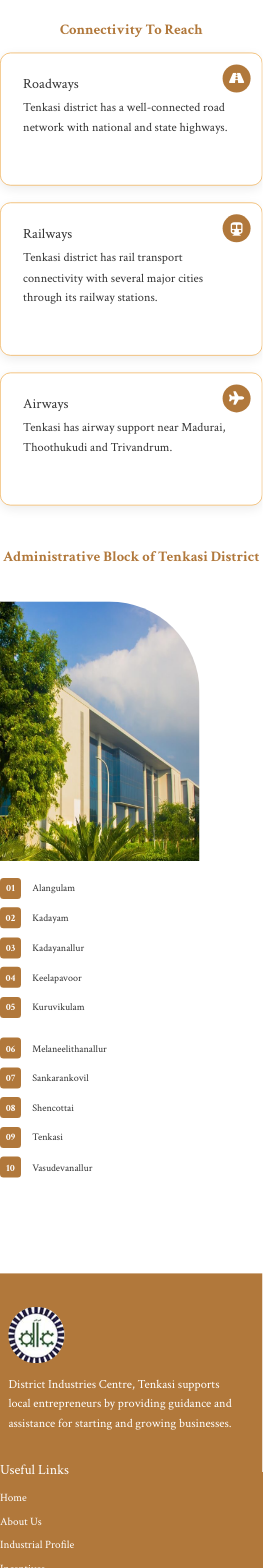
Repository: Brand-Mindz-Global-Technology-Pvt-Ltd/TenkasiDIC--FrontEnd
Page: About US/aboutus.html
The author's editor kept a copy of each file at every save. The page is drawn from the files as they stood at one save, then again after the next save.
The browser window is 375 px wide. The pictures show the part of the page from y = 2253 to 4493 px (the page is 5166 px tall before and 5182 px after), at 70% of full size.

Above is the page before, as saved 2025-07-09 11:33:53.

### About US/aboutus.html
<!DOCTYPE html>
<html lang="en">
<head>
  <meta charset="UTF-8">
  <title>Tenkasi District</title>
  <link rel="shortcut icon" type="image/x-icon" href="../img/favicon.ico">
  <meta name="viewport" content="width=device-width, initial-scale=1">
  <link href="https://cdn.jsdelivr.net/npm/bootstrap@5.3.2/dist/css/bootstrap.min.css" rel="stylesheet">
  <!-- Added Crimson Text font as requested -->
  <link href="https://fonts.googleapis.com/css2?family=Crimson+Text:wght@400;600;700&display=swap" rel="stylesheet">
  <link rel="stylesheet" href="https://cdnjs.cloudflare.com/ajax/libs/font-awesome/5.15.4/css/all.min.css">
  <link rel="stylesheet" href="./aboutus.css">
  <link rel="stylesheet" href="../global-styles.css">
  <link rel="icon" type="image/x-icon" href="../img/dic.ico">

</head>
<body>

    <!-- Banner Image Section with overlay navbar -->
  <div class="position-relative">
    <div class="container position-absolute top-0 start-50 translate-middle-x" style="z-index: 1030; padding-top: 15px; margin-top:16px;">
      <nav class="navbar navbar-expand-lg shadow" id="mainNav">
        <a class="navbar-brand" href="../LandingPage/LandingPage.html">
            <img src="../img/diclogo.jpg" alt="Logo" />
        </a>
        <button class="navbar-toggler" type="button" data-bs-toggle="collapse" data-bs-target="#navbarNav" aria-controls="navbarNav" aria-expanded="false" aria-label="Toggle navigation">
          <span class="navbar-toggler-icon">
            <span class="middle-bar"></span>
          </span>
        </button>
        <div class="collapse navbar-collapse justify-content-center" id="navbarNav">
          <ul class="navbar-nav">
            <li class="nav-item"><a class="nav-link" href="../LandingPage/LandingPage.html">Home</a></li>
            <li class="nav-item"><a class="nav-link active" href="../About US/aboutus.html">About Us</a></li>
            <li class="nav-item"><a class="nav-link" href="../Industrial Profile/Industrial.html">Industrial Profile</a></li>
            <li class="nav-item"><a class="nav-link" href="../Incentive Page/Incentives.html">Incentives</a></li>
            <li class="nav-item"><a class="nav-link " href="../Schemes/Schemes.html">Schemes</a></li>
            <li class="nav-item"><a class="nav-link" href="../Contact Page/Contactus.html">Contact Us</a></li>
          </ul>
        </div>
      </nav>
    </div>

    <div class="banner-container position-relative">
      <img src="../img/INCENTIVE.png" alt="Schemes Banner" class="banner-image banner-blur">
      <!-- Black overlay -->
      <div class="banner-black-overlay"></div>
      <a href="https://msmeonline.tn.gov.in" class="incentives-link" target="_blank" rel="noopener noreferrer">
        For all Loans and Incentives: msmeonline.tn.gov.in
      </a>
      <div class="aboutus-banner-overlay d-flex flex-column align-items-center justify-content-end">
        <h1 class="aboutus-banner-title mb-2">About us</h1>
        <nav class="aboutus-breadcrumb" aria-label="breadcrumb">
          <ol class="breadcrumb mb-0 p-0 bg-transparent">
            <li class="breadcrumb-item">
              <a href="../LandingPage/LandingPage.html" class="aboutus-breadcrumb-link">Home</a>
            </li>
            <li class="breadcrumb-item active" aria-current="page">About us</li>
          </ol>
        </nav>
      </div>
    </div>
  </div>
  <div class="container-standard section">
  <!-- District Overview -->
  <div class="row align-items-center mb-standard-xl">
    <div class="col-md-5 text-center mb-4">
      <img src="../img/tenkasimap.png" alt="Tenkasi Map" class="map-img">
    </div>
    <div class="col-md-7">
      <div class="glance-title">District at a Glance</div>
      <div class="about-title">About District</div>
      <p>
        The new Tenkasi district was bifurcated from Tirunelveli in 2019. Tenkasi District is located in the south western region of Tamilnadu. It is surrounded by Tirunelveli district in the south east and Virudhunagar in the North. The total geographical area of the district is 2882.44sq.kms. It comprises of 8 Talukas 5 Municipalities, 18 Town panchayaths, 246 revenue villages, 221 village panchayaths.
              </p>
      <p>
        The Chittar river flows through the district.  The famous Coutrallam Falls is on Chittar River. The waterfalls of Courtallam are said to have medicinal value as they run through forest and herbs before their descent. Courtallam is called as "Spa of South India". Tamil poet ThirikoodaRasappaKavirayar sang about the beauty of this place in his "KutraalaKuravanji".
      </p>
<p>
  The Kutralanathaswamy temple is the location of ChitraSabha, one of the five abodes or Sabhas of Nataraja, a form of Lord Shiva. The temple has inscriptions dating back to the thirteenth century CE. Records show that VeeraPandyan, ParakramaPandyan and the Nayaks ruled the region.

</p>

      <div class="row text-center mt-4">
        <div class="stats-container p-4" style="background: white; border-radius: 15px;     box-shadow: 0 0 25px 5px rgba(0, 0, 0, 0.25);
">
          <div class="row">
            <div class="col-6 col-md-3 mb-3 mb-md-0">
              <div class="stats-item" style="padding: 15px; border-right: 1px solid #eee;">
                <div class="count" data-target="2882.43" style="font-size: 2rem; font-weight: 700; color: #b1783b;">0</div>
                <div class="count-label" style="color: #666;">Area Sq.km</div>
              </div>
            </div>
            <div class="col-6 col-md-3 mb-3 mb-md-0">
              <div class="stats-item" style="padding: 15px; border-right: 1px solid #eee;">
                <div class="count" data-target="1440795" style="font-size: 2rem; font-weight: 700; color: #b1783b;">0</div>
                <div class="count-label" style="color: #666;">Populations</div>
              </div>
            </div>
            <div class="col-6 col-md-3">
              <div class="stats-item" style="padding: 15px; border-right: 1px solid #eee;">
                <div class="count" data-target="714215" style="font-size: 2rem; font-weight: 700; color: #b1783b;">0</div>
                <div class="count-label" style="color: #666;">Male</div>
              </div>
            </div>
            <div class="col-6 col-md-3">
              <div class="stats-item" style="padding: 15px;">
                <div class="count" data-target="726580" style="font-size: 2rem; font-weight: 700; color: #b1783b;">0</div>
                <div class="count-label" style="color: #666;">Female</div>
              </div>
            </div>
          </div>
        </div>
      </div>
    </div>
  </div>

  <div class="text-center section">

    <div class="section-title">FORMATION OF DISTRICT INDUSTRIES CENTRE, TENKASI</div>
    <p>
      Tenkasi district was formed on 21.12.2019 vide G.O.(ms).No.476 dated 21.12.2019 of Revenue and Disaster Management Development, Revenue Administration wing [RAI(1)] section by bifurcating from Tirunelveli District. Tenkasi is it's headquartering which is the largest Municipality in the area of Tenkasi District.

    </p>
    <p>

      District Industries Centre, Tenkasi was formed vide G.O.Ms.No.7 MSME (F) Dept dated 29.01.2021 and has been functioning from 26.02.2021
    </p>
  </div>

  <!-- Connectivity -->
  <div class="section">
    <div class="section-title">Connectivity To Reach</div>
    <div class="row justify-content-between align-items-center">
    <div class="col-md-1 text-center d-none d-md-block">
      <img src="../img/left.jpg" alt="Plug Left" class="plug-img">
    </div>
    <div class="col-12 col-md-10">
      <div class="row">
        <div class="col-md-4 mb-4">
          <div class="connect-card">
            <div class="connect-icon"><i class="fas fa-road"></i></div>
            <h5>Roadways</h5>
            <p>Tenkasi district has a well-connected road network with national and state highways.</p>
          </div>
        </div>
        <div class="col-md-4 mb-4">
          <div class="connect-card">
            <div class="connect-icon"><i class="fas fa-subway"></i></div>
            <h5>Railways</h5>
            <p>Tenkasi district has rail transport connectivity with several major cities through its railway stations.</p>
          </div>
        </div>
        <div class="col-md-4 mb-4">
          <div class="connect-card">
            <div class="connect-icon"><i class="fas fa-plane"></i></div>
            <h5>Airways</h5>
            <p>Tenkasi has airway support near Madurai, Thoothukudi and Trivandrum.</p>
          </div>
        </div>
      </div>
    </div>
    <div class="col-md-1 text-center d-none d-md-block">
      <img src="../img/right.jpg" alt="Plug Right" class="plug-img">
    </div>
  </div>

  <!-- Administrative Blocks - Updated to match Image 1 layout -->
  <div class="section">
    <div class="section-title">Administrative Block of Tenkasi District</div>
    <div class="admin-blocks">
    <div class="row align-items-center">
      <div class="col-lg-6 mb-4 mb-lg-0">
        <img src="../img/Admin.png" class="admin-image" alt="Admin Building">
      </div>
      <div class="col-lg-6">
        <div class="row">
          <div class="col-12 col-md-6 mb-3 mb-md-0">
            <ul class="admin-list" style="font-size: 1.2rem; padding-left: 0;">
              <li style="margin-bottom: 0.75rem;"><span class="admin-number">01</span> Alangulam</li>
              <li style="margin-bottom: 0.75rem;"><span class="admin-number">02</span> Kadayam</li>
              <li style="margin-bottom: 0.75rem;"><span class="admin-number">03</span> Kadayanallur</li>
              <li style="margin-bottom: 0.75rem;"><span class="admin-number">04</span> Keelapavoor</li>
              <li style="margin-bottom: 0.75rem;"><span class="admin-number">05</span> Kuruvikulam</li>
            </ul>
          </div>
          <div class="col-12 col-md-6">
            <ul class="admin-list" style="font-size: 1.2rem; padding-left: 0;">
              <li style="margin-bottom: 0.75rem;"><span class="admin-number">06</span> Melaneelithanallur</li>
              <li style="margin-bottom: 0.75rem;"><span class="admin-number">07</span> Sankarankovil</li>
              <li style="margin-bottom: 0.75rem;"><span class="admin-number">08</span> Shencottai</li>
              <li style="margin-bottom: 0.75rem;"><span class="admin-number">09</span> Tenkasi</li>
              <li style="margin-bottom: 0.75rem;"><span class="admin-number">10</span> Vasudevanallur</li>
            </ul>
          </div>
        </div>
        <style>
          @media (max-width: 767.98px) {
            .admin-list {
              margin-bottom: 0;
            }
            .admin-list li {
              margin-bottom: 0.78rem !important;
              padding-left: 0 !important;
            }
          }
        </style>
      </div>
    </div>
  </div>
</div>
<footer class="py-5">
  <div class="container" >
      <div class="row">
          <div class="col-md-4 mb-4 mb-md-0">
              <div class="d-flex align-items-center mb-3">
                  <img src="../img/diclogo.jpg" alt="DIC Logo" style="width: 80px; height: 80px;" class="me-3">
              </div>
              <p class="text-white" style="margin-right: 16px;">
                  District Industries Centre, Tenkasi supports local entrepreneurs by providing guidance and assistance for starting and growing businesses.
              </p>
          </div>
          <div class="col-md-4 mb-4 mb-md-0 d-flex flex-column align-items-start" style="padding-left: 0;">
              <h5 class="text-white mb-3" style="margin-right: 10px;">Useful Links</h5>
              <ul class="list-unstyled" style="margin-left: 0; padding-left: 0;">
                  <li class="mb-2" style="margin-left: 0;"><a href="../LandingPage/LandingPage.html" class="text-white text-decoration-none">Home</a></li>
                  <li class="mb-2" style="margin-left: 0;"><a href="../About US/aboutus.html" class="text-white text-decoration-none">About Us</a></li>
                  <li class="mb-2" style="margin-left: 0;"><a href="../Industrial Profile/Industrial.html" class="text-white text-decoration-none">Industrial Profile</a></li>
                  <li class="mb-2" style="margin-left: 0;"><a href="../Incentive Page/Incentives.html" class="text-white text-decoration-none">Incentives</a></li>
                  <li class="mb-2" style="margin-left: 0;"><a href="../Schemes/Schemes.html" class="text-white text-decoration-none">Schemes</a></li>
                  <li class="mb-2" style="margin-left: 0;"><a href="../Contact Page/Contactus.html" class="text-white text-decoration-none">Contact Us</a></li>
              </ul>
          </div>
          <div class="col-md-4 mb-4 mb-md-0">
      <h5 class="text-white mb-3">Address</h5>
      <ul class="list-unstyled">
        <li class="mb-3 text-white d-flex align-items-start">
          <i class="fas fa-map-marker-alt text-white me-2 mt-1"></i>
          <div>
            <span>Tmt.P.MARIAMMAL , General Manager</span><br>
            <span>District Industries Centre</span><br>
            <span>5/5(2),5(3), Thirumalai Kovil Road</span><br>
            <span>Kuthukkakvalasai, Tenkasi-627803</span>
          </div>
        </li>
        <li class="mb-3 text-white d-flex align-items-center">
          <i class="fas fa-phone text-white me-2"></i>
          <a href="tel:04633-212347" class="text-white text-decoration-none">04633-212347</a>
        </li>
        <li class="mb-3 text-white d-flex align-items-start">
          <i class="fas fa-clock text-white me-2 mt-1"></i>
          <div>
            <span>Working Hours:</span><br>
            <span>Monday - Friday: 10.00 AM to 5.45 PM</span>
          </div>
        </li>
      </ul>
  </div>
      <div class="row mt-5">
          <div class="col-12 text-center">
              <hr style="border: none; border-top: 2px solid #ccc; margin-bottom:30px;">
              <p style="text-align: center; font-size: 14px; color: #555;">
              <p class="text-white mb-0" style="font-size: 14px;">Copyright © 2025 Tenkasi DIC , Powered by <a href="https://www.brandmindz.com/" target="_blank" style="color: white; text-decoration: none; transition: color 0.3s ease;" onmouseover="this.style.color='#af6f24'" onmouseout="this.style.color='white'">Brand Mindz</a>. All rights reserved.</p>
          </div>
      </div>
  </div>
</footer>
<script>
  const counters = document.querySelectorAll('.count');
  counters.forEach(counter => {
    const updateCount = () => {
      const target = +counter.getAttribute('data-target');
      const isDecimal = counter.getAttribute('data-target').includes(".");
      const count = +counter.innerText;
      const speed =300;
      const increment = target / speed;

      if (count < target) {
        counter.innerText = isDecimal
          ? (count + increment).toFixed(2)
          : Math.ceil(count + increment);
        setTimeout(updateCount, 20);
      } else {
        counter.innerText = isDecimal ? target.toFixed(2) : target.toLocaleString();
      }
    };
    updateCount();
  });
</script>
<script src="https://cdn.jsdelivr.net/npm/bootstrap@5.3.3/dist/js/bootstrap.bundle.min.js"></script>
  <script>
    document.addEventListener('DOMContentLoaded', function() {
      // Fixed navbar on scroll
      window.addEventListener('scroll', function() {
        const navbar = document.getElementById('mainNav');
        const body = document.body;
        const navbarContainer = navbar.parentElement;

        if (window.scrollY > 100) {
          // When scrolled, make navbar fixed at top
          navbar.classList.add('fixed-top');
          navbar.classList.remove('position-relative');
          body.classList.add('scrolled');

          // Remove the container's positioning to allow navbar to be full width
          navbarContainer.classList.remove('position-absolute', 'top-0', 'start-50', 'translate-middle-x');
          navbarContainer.style.width = '100%';
          navbarContainer.style.maxWidth = '100%';
          navbarContainer.style.padding = '0';
        } else {
          // Reset to original state when at top
          navbar.classList.remove('fixed-top');
          navbar.classList.add('position-relative');
          body.classList.remove('scrolled');

          // Restore the container's positioning
          navbarContainer.classList.add('position-absolute', 'top-0', 'start-50', 'translate-middle-x');
          navbarContainer.style.width = '';
          navbarContainer.style.maxWidth = '';
          navbarContainer.style.padding = '';
        }
      });

      // Get all navigation links
      const navLinks = document.querySelectorAll('.nav-link');

      // Get the collapse element
      const navbarCollapse = document.getElementById('navbarNav');
      const bsCollapse = new bootstrap.Collapse(navbarCollapse, {toggle: false});

      // Add click event listener to each navigation link
      navLinks.forEach(function(navLink) {
        navLink.addEventListener('click', function() {
          // Close the navbar when a link is clicked
          if (navbarCollapse.classList.contains('show')) {
            bsCollapse.hide();
          }
        });
      });

      // Close navbar when clicking outside
      document.addEventListener('click', function(event) {
        // Check if the navbar is expanded and the click is outside the navbar
        const isNavbarExpanded = navbarCollapse.classList.contains('show');
        const isClickInsideNavbar = navbarCollapse.contains(event.target);
        const isClickOnToggler = event.target.classList.contains('navbar-toggler') ||
                                event.target.classList.contains('navbar-toggler-icon');

        if (isNavbarExpanded && !isClickInsideNavbar && !isClickOnToggler) {
          bsCollapse.hide();
        }
      });
    });
  </script>
</body>
</html>

### About US/aboutus.css
.navbar-nav .nav-link:hover,
   .navbar-nav .nav-link.active {
       color: #af6f24 !important;
   }
/* Import global styles */
@import url('../global-styles.css');

body {
 background: #fff;
}

p {
 font-size: 1.1rem;
 line-height: 1.6;
 margin-bottom: var(--spacing-sm);
}
.map-img {
 width: 100%;
 max-width: 400px;
 height: auto;
}
.about-title {
 color: var(--secondary-color);
 font-size: 1.5rem;
 font-weight: 700;
 margin-bottom: var(--spacing-sm);
}

.glance-title {
 font-size: 1.2rem;
 font-weight: 600;
 margin-bottom: var(--spacing-xs);
}
.count {
 font-size: 1.8rem;
 font-weight: 600;
}
.count-label {
 font-size: 1rem;
 color: #555;
}

/* Remove old connectivity-title and admin-title styles as they're now handled by section-title */

.connect-card {
  border: 1px solid var(--border-color);
  border-radius: 15px;
  padding: var(--spacing-lg);
  box-shadow: 0 5px 15px rgba(0,0,0,0.08);
  background-color: white;
  height: 100%;
  position: relative;
  transition: all 0.3s ease;
  margin-bottom: var(--spacing-md);
}

.connect-card:hover, .connect-card:focus-within {
  box-shadow: 0 8px 25px rgba(175, 111, 36, 0.15);
  transform: translateY(-3px);
  border-color: var(--primary-color);
  z-index: 2;
}
footer {
       background-color: #b1783b;
       color: white;
       padding: 20px 0;
   }
.connect-icon {
 background-color: var(--primary-color);
 color: white;
 font-size: 1.2rem;
 width: 40px;
 height: 40px;
 display: flex;
 align-items: center;
 justify-content: center;
 border-radius: 50%;
 position: absolute;
 top: var(--spacing-sm);
 right: var(--spacing-sm);
}

.plug-img {
 max-width: 100px;
 height: auto;
}

/* Admin block styles - updated for compact layout like in Image 1 */
.admin-blocks {
 padding: var(--spacing-lg) 0;
 max-width: 1000px;
 margin: 0 auto;
}

.admin-list {
 list-style: none;
 padding: 0;
 margin: 0;
}

.admin-list li {
display: flex;
align-items: center;
margin-bottom: var(--spacing-md);
font-size: 1.2rem;
}

.admin-number {
 background-color: var(--primary-color);
 color: white;
 font-weight: bold;
 border-radius: 5px;
 width: 40px;
 height: 40px;
 margin-right: var(--spacing-sm);
 display: flex;
 align-items: center;
 justify-content: center;
}

.admin-image {
 width: 76%;
 border-top-right-radius: 129px;
 height: auto;
 max-height: 400px;
 object-fit: fill;
}

/* Enhanced responsive design */
@media (max-width: 991px) {
 .count {
   font-size: 1.5rem;
 }
 .count-label {
   font-size: 0.9rem;
 }
}

@media (max-width: 768px) {
 .connect-card {
   margin-bottom: 20px;
 }
 .admin-blocks .row > div {
   margin-bottom: 30px;
 }
 .admin-number {
   width: 35px;
   height: 35px;
   font-size: 0.9rem;
 }
 .connectivity-title, .admin-title {
   font-size: 1.5rem;
   margin: 40px 0 20px;
 }
}

@media (max-width: 576px) {
 .about-title {
   font-size: 1.3rem;
 }
 .glance-title {
   font-size: 1.1rem;
 }
 .count {
   font-size: 1.3rem;
 }
 .count-label {
   font-size: 0.8rem;
 }
 .admin-number {
   width: 30px;
   height: 30px;
 }
 .admin-list li {
   font-size: 0.9rem;
   margin-bottom: 10px;
 }
}

/* Banner Styles */
.banner-container {
position: relative;
width: 100%;
height: 500px;
overflow: hidden;
margin-bottom: 30px;


}

.banner-image {
 width: 100%;
 height: 100%;
 object-fit: cover;
}

.incentives-link {
 position: absolute;
 bottom: 20px;
 right: 20px;
 background-color: rgba(255, 255, 255, 0.9);
 padding: 10px 15px;
 border-radius: 8px;
 font-weight: 600;
 color: #b1783b;
 text-decoration: none;
 box-shadow: 0 2px 10px rgba(0, 0, 0, 0.1);
 transition: all 0.3s ease;
}

.incentives-link:hover {
 background-color: #b1783b;
 color: white;
}

/* Responsive adjustments */
@media (max-width: 767px) {
 .section-title {
   font-size: 1.4rem;
 }
 .icon-box {
   flex-direction: column;
   text-align: center;
   align-items: center;
 }
 .icon-box i {
   margin-bottom: 10px;
 }
 .form-section {
   padding: 20px;
 }
 .contact-card {
   min-height: auto;
 }
 .banner-container {
   height: 500px;
 }
 .incentives-link {
   font-size: 0.9rem;
   padding: 8px 12px;
 }
}

@media (max-width: 575px) {
 .section-title {
   font-size: 1.2rem;
 }
 .icon-box {
   margin-bottom: 1rem;
 }
 .form-section {
   padding: 15px;
 }
 .email-break {
   word-break: break-all;
 }
 .banner-container {
   height: 250px;
 }
 .incentives-link {
   font-size: 0.8rem;
   padding: 6px 10px;
   bottom: 10px;
   right: 10px;
 }
}
body.scrolled {
 padding-top: 90px; /* Add padding when navbar is fixed */
}
/* Navbar Styles */
.navbar {
 border-radius: 40px;
 padding: 0.75rem 1.5rem;
 background-color: white;
 width: 100%;
 max-width: 1320px;
 margin: 0 auto;
 transition: all 0.3s ease;
}

.navbar.fixed-top {
 position: fixed;
 top: 0;
 left: 0;
 right: 0;
 z-index: 1030;
 max-width: 100%;
 border-radius: 0;
 box-shadow: 0 2px 10px rgba(0, 0, 0, 0.1);
}

.navbar-brand img {
 width: 50px;
 height: auto;
}

.nav-link {
 position: relative;
 font-weight: 600;
 color: black !important;
 margin: 0 10px;
 transition: color 0.3s ease;
}

.nav-link:hover {
 opacity: 0.8;
}

.nav-link.active::after {
 content: "";
 position: absolute;
 bottom: 4px;
 left: 0;
 width: 100%;
 height: 2px;
 background-color: black;
}

/* Custom hamburger to X icon */
.navbar-toggler {
 border: none;
 background: transparent;
 padding: 0;
}

.navbar-toggler:focus {
 box-shadow: none;
}

.navbar-toggler .navbar-toggler-icon {
 background-image: none;
 position: relative;
 height: 24px;
 width: 30px;
 transition: all 0.3s ease;
}

.navbar-toggler .navbar-toggler-icon:before,
.navbar-toggler .navbar-toggler-icon:after,
.navbar-toggler .navbar-toggler-icon .middle-bar {
 content: '';
 position: absolute;
 width: 100%;
 height: 3px;
 background-color: #333;
 border-radius: 2px;
 left: 0;
 transition: all 0.3s ease;
}

.navbar-toggler .navbar-toggler-icon:before {
 top: 0;
}

.navbar-toggler .navbar-toggler-icon .middle-bar {
 top: 50%;
 transform: translateY(-50%);
}

.navbar-toggler .navbar-toggler-icon:after {
 bottom: 0;
}

.navbar-toggler[aria-expanded="true"] .navbar-toggler-icon:before {
 transform: rotate(45deg);
 top: 11px;
}

.navbar-toggler[aria-expanded="true"] .navbar-toggler-icon .middle-bar {
 opacity: 0;
}

.navbar-toggler[aria-expanded="true"] .navbar-toggler-icon:after {
 transform: rotate(-45deg);
 bottom: 10px;
}

.banner-black-overlay {
  position: absolute;
  top: 0;
  left: 0;
  right: 0;
  bottom: 0;
  width: 100%;
  height: 100%;
  background: rgba(18, 18, 18, 0.814);
  z-index: 1;
  pointer-events: none;
}

.aboutus-banner-overlay {
  position: absolute;
  top: 50%;
  left: 50%;
  bottom: 50px;
  transform: translate(-50%, -50%);
  z-index: 2;
  width: 100%;
  display: flex;
  flex-direction: column;
  align-items: center;
  justify-content: center;
  text-align: center;
  pointer-events: none;
  padding: 20px;
}

.aboutus-banner-title {
  color: #fff;
  font-size: 3rem;
  font-weight: 700;
  letter-spacing: 1px;
  text-shadow: 0 2px 8px rgba(0, 0, 0, 0.685);
  margin-bottom: 0.5rem;
  pointer-events: auto;
}

.aboutus-breadcrumb {
  font-size: 1.2rem;
  pointer-events: auto;
}

.aboutus-breadcrumb .breadcrumb {
  background: transparent;
  margin-bottom: 0;
  padding: 0;
}

.aboutus-breadcrumb-link {
  color: #f7c873;
  text-decoration: underline;
  transition: color 0.2s;
}

.aboutus-breadcrumb-link:hover,
.aboutus-breadcrumb-link:focus {
  color: #af6f24;
  text-decoration: underline;
}

.aboutus-breadcrumb .breadcrumb-item + .breadcrumb-item::before {
  content: "→";
  color: #fff;
  padding: 0 0.5em;
  font-size: 1.1em;
}

.aboutus-breadcrumb .breadcrumb-item.active {
  color: #fff;
  font-weight: 600;
}

/* Tablet optimization */
@media (max-width: 991.98px) {
  .aboutus-banner-overlay {
    top: 60%;
  }

  .aboutus-banner-title {
    font-size: 2.5rem;
  }

  .aboutus-breadcrumb {
    font-size: 1.1rem;
  }
}

/* Mobile optimization */
@media (max-width: 767.98px) {
  .aboutus-banner-overlay {
    top: 65%;
  }

  .aboutus-banner-title {
    font-size: 2rem;
  }

  .aboutus-breadcrumb {
    font-size: 1rem;
  }

  .aboutus-banner-overlay {
    padding: 0 15px;
  }
}

/* Small mobile optimization */
@media (max-width: 575.98px) {
  .aboutus-banner-overlay {
    top: 70%;
  }

  .aboutus-banner-title {
    font-size: 1.5rem;
  }

  .aboutus-breadcrumb {
    font-size: 0.9rem;
  }

  .aboutus-banner-overlay {
    padding: 0 10px;
  }
}

/* Extra small mobile optimization */
@media (max-width: 375px) {
  .aboutus-banner-overlay {
    top: 75%;
  }

  .aboutus-banner-title {
    font-size: 1.2rem;
  }

  .aboutus-breadcrumb {
    font-size: 0.8rem;
  }
}

  .banner-container .incentives-link {
    position: absolute;
    bottom: 20px;
    right: 20px;
    background-color: rgba(255, 255, 255, 0.92);
    padding: 10px 15px;
    border-radius: 8px;
    font-weight: 600;
    color: #b1783b;
    text-decoration: none;
    box-shadow: 0 2px 10px rgba(0, 0, 0, 0.10);
    transition: all 0.3s ease;
    z-index: 3;
  }

  .banner-container .incentives-link:hover {
    background-color: #b1783b;
    color: #fff;
  }

Loaded but not shown: global-styles.css (470 lines, source omitted)

After the next save:
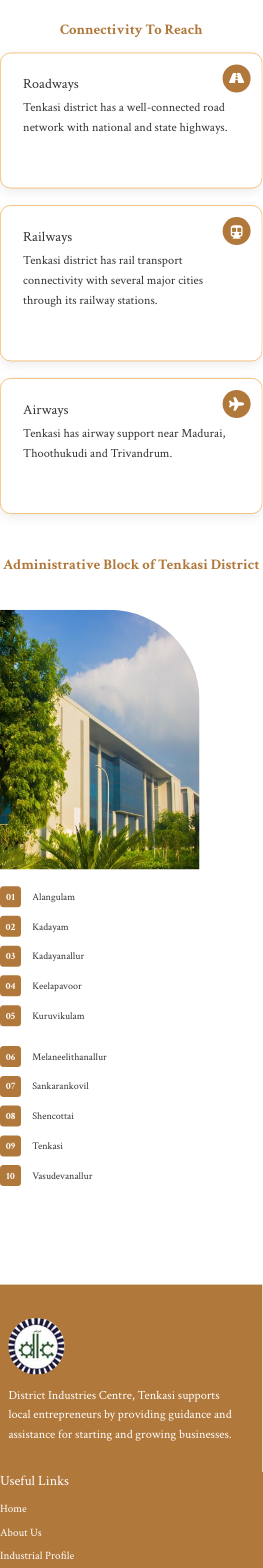
Saved 11 s later.
--- a/About US/aboutus.css
+++ b/About US/aboutus.css
@@ -138,20 +138,16 @@
 
 @media (max-width: 768px) {
  .connect-card {
-   margin-bottom: 20px;
+   margin-bottom: var(--spacing-md);
  }
  .admin-blocks .row > div {
-   margin-bottom: 30px;
+   margin-bottom: var(--spacing-lg);
  }
  .admin-number {
    width: 35px;
    height: 35px;
    font-size: 0.9rem;
  }
- .connectivity-title, .admin-title {
-   font-size: 1.5rem;
-   margin: 40px 0 20px;
- }
 }
 
 @media (max-width: 576px) {
@@ -173,7 +169,7 @@
  }
  .admin-list li {
    font-size: 0.9rem;
-   margin-bottom: 10px;
+   margin-bottom: var(--spacing-sm);
  }
 }
 
